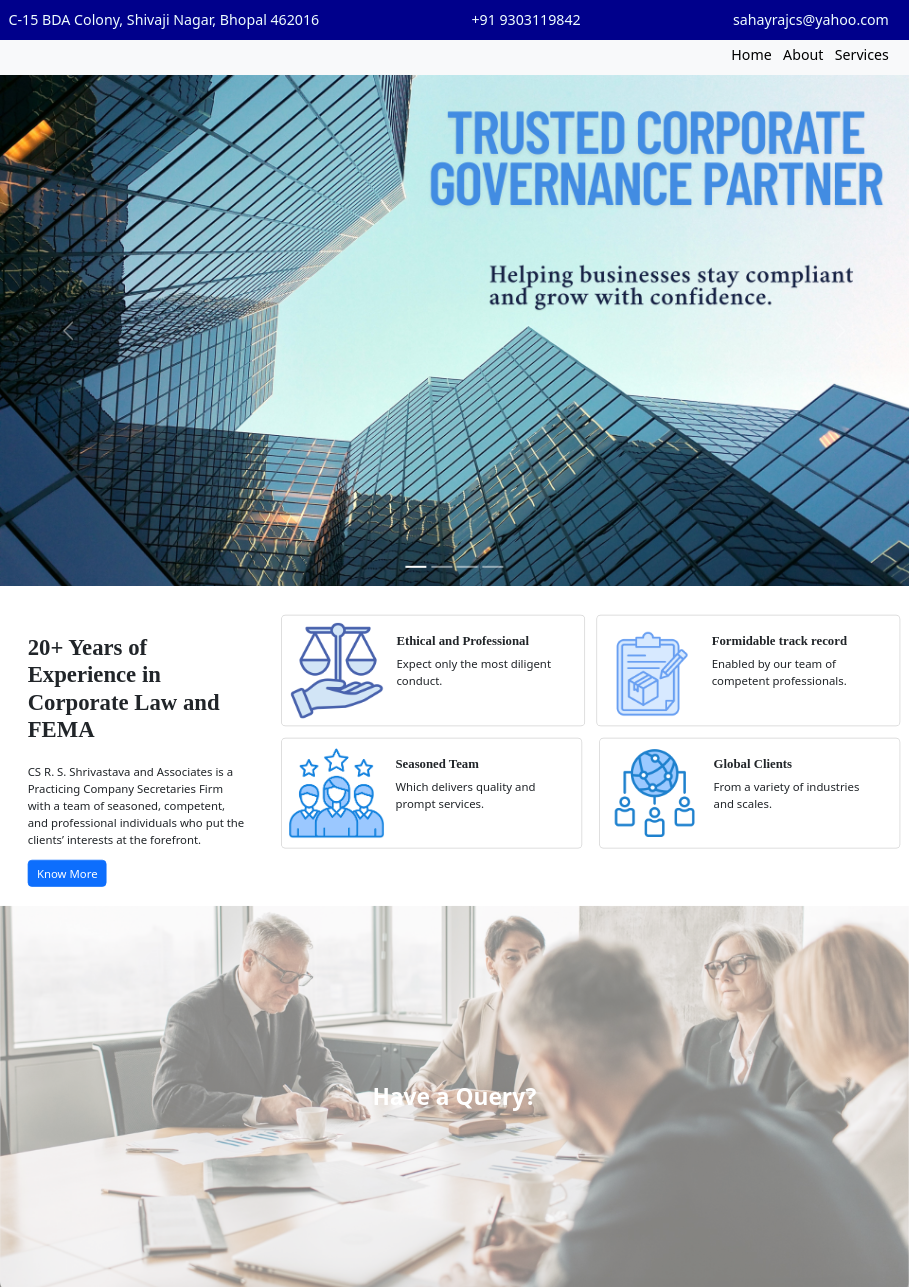
Repository: aayushiss/CS-RSS
Page: index.html
The author's editor kept a copy of each file at every save. The page is drawn from the files as they stood at one save, then again after the next save.
The browser window is 1280 px wide. The pictures show the whole page, at 71% of full size.

Above is the page before, as saved 2025-05-15 18:40:51.

After the next save:
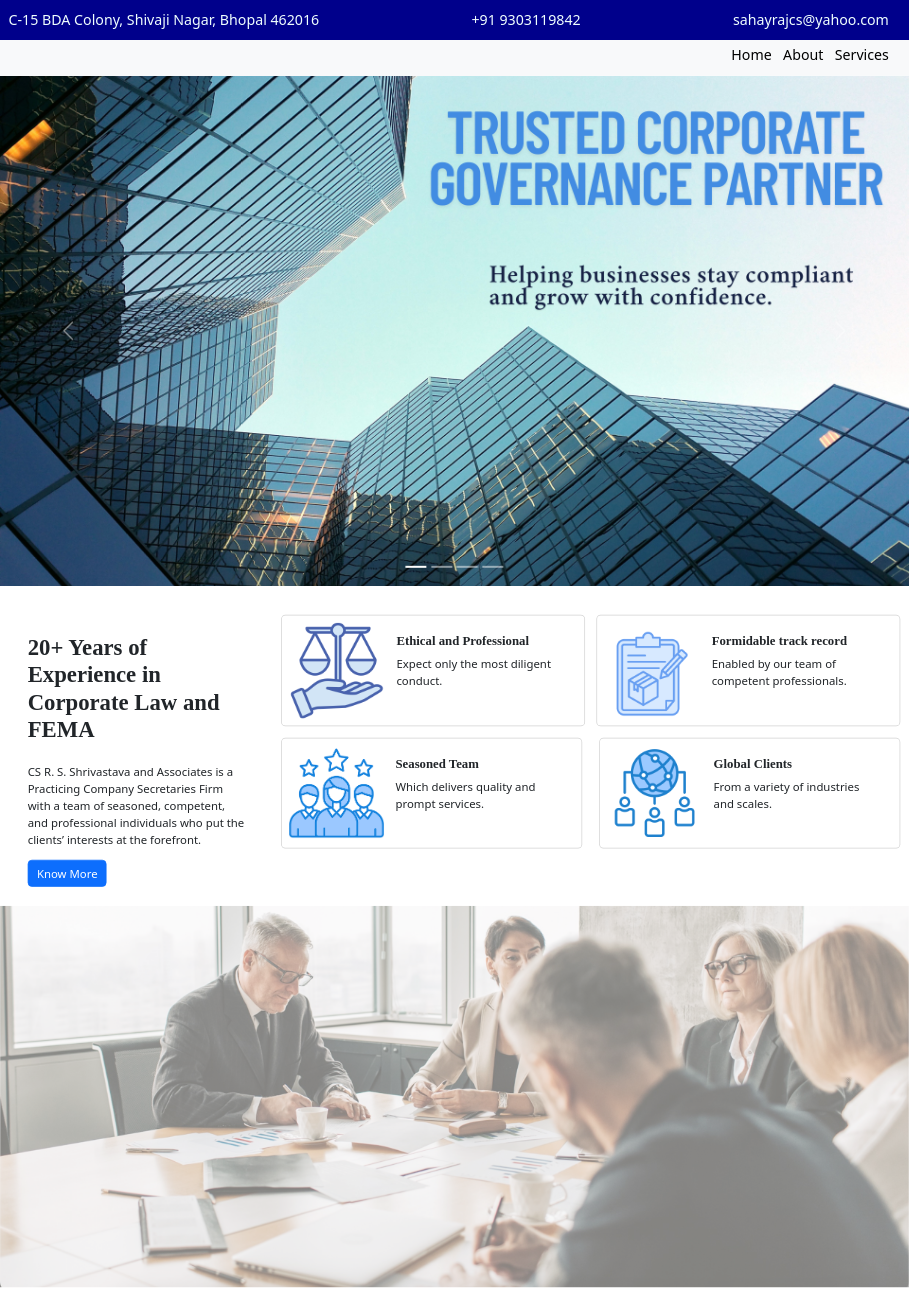
Saved 102 s later.
--- a/index.html
+++ b/index.html
@@ -157,7 +157,7 @@
 
       <div class="position-relative text-center">
       <img src="images/haveAQuery.jpg" class="img-fluid" alt="..." style="opacity: .5;">
-      <h2 class="position-absolute top-50 start-50 translate-middle text-white fw-bold">
+      <h2 class="position-absolute top-25 start-50 translate-middle-x text-white fw-bold">
         Have a Query?
       </h2>
     </div>
